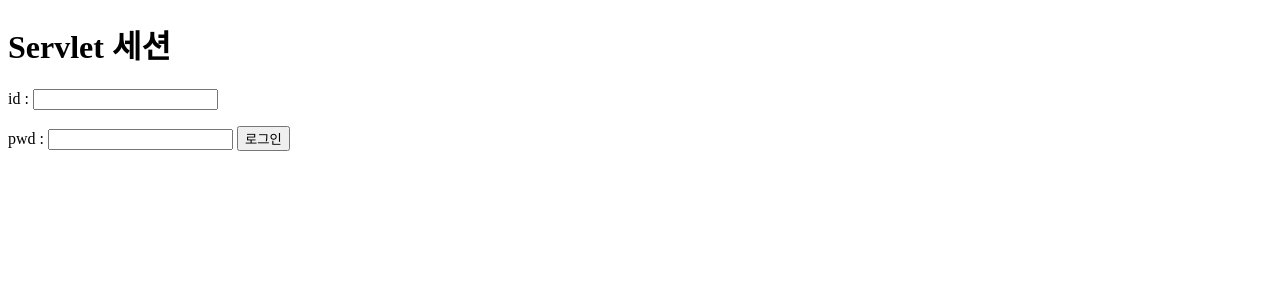
Repository: Chaenini/JSP
Page: http://localhost/Basic_JSP/seprac/login.jsp
These files come from the project's save history. The page is drawn as it stood at one moment and after the next save; the edit follows.
The browser window is 1280 px wide. The pictures show the whole page.
The page is served by Tomcat 9.

Above is the page before, as saved 2019-10-18 02:54:48.

After the next save:
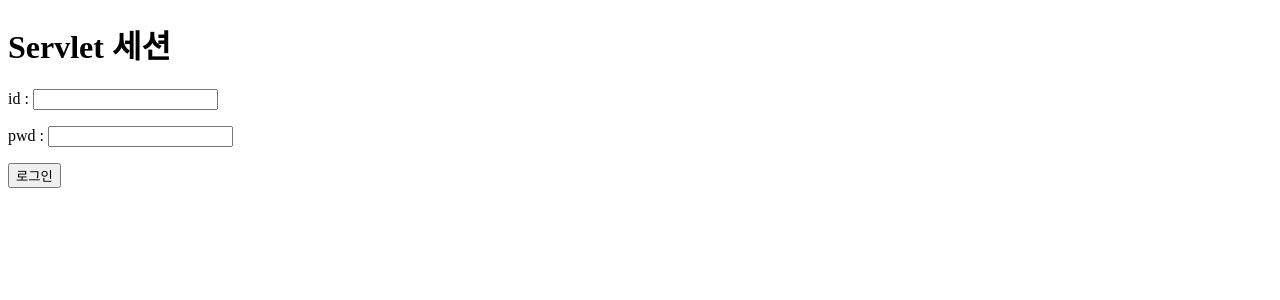
Saved 95 s later.
--- a/JSP/Basic_JSP/WebContent/seprac/login.jsp
+++ b/JSP/Basic_JSP/WebContent/seprac/login.jsp
@@ -21,7 +21,7 @@
 	%>
 	<form method = "post" action = "LoginServlet">
 	id : <input name = "id"><p>
-	pwd : <input type = "password" name = "pwd">
+	pwd : <input type = "password" name = "pwd"><p>
 	<input type = "submit" value = "로그인">
 	</form>
 	<%} %>
